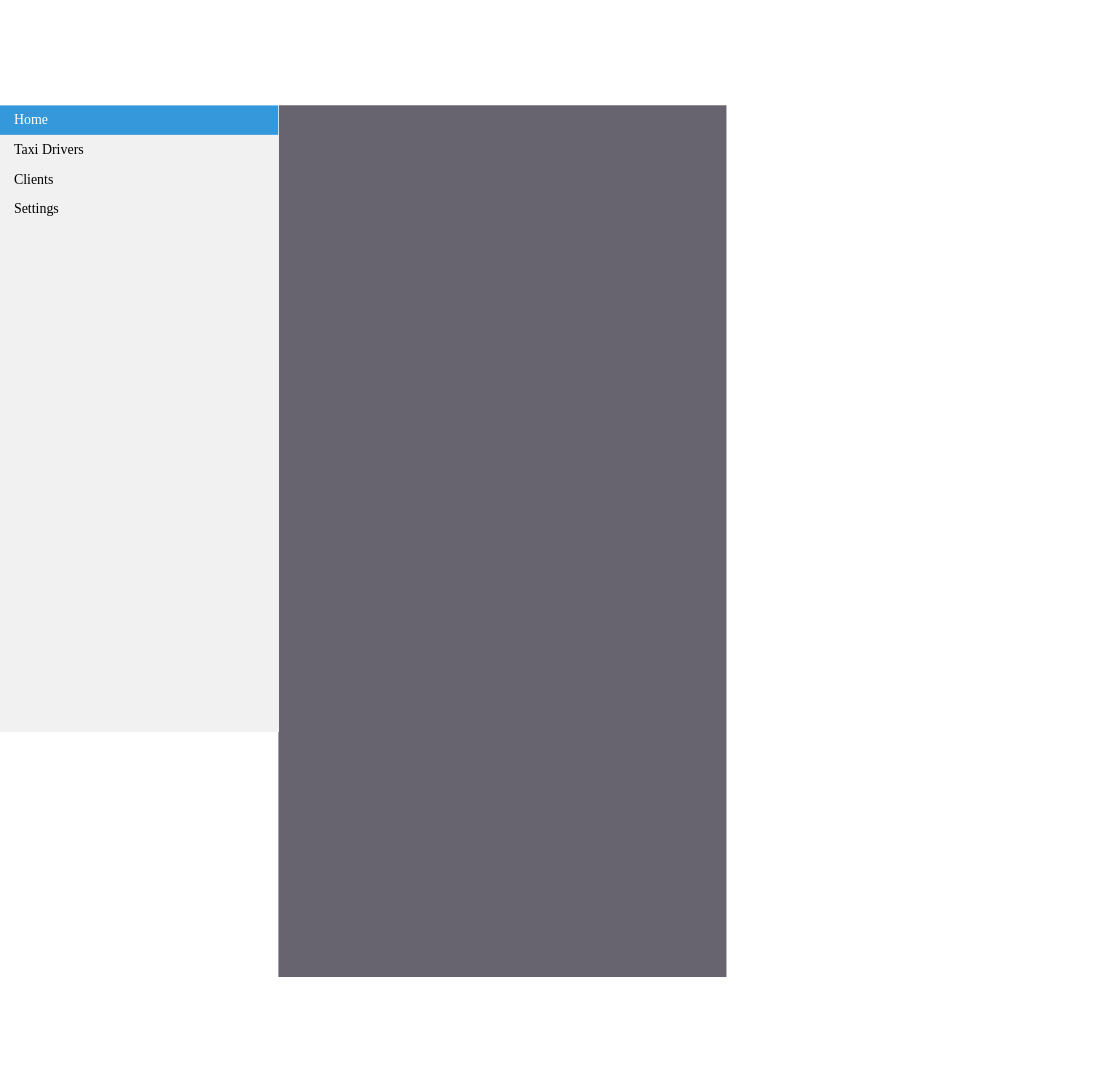
Repository: ash-the-reaper/TaxiRoot
Page: UI/WebContent/dashboard.html
An editor plug-in stored every save of this project. The page is shown before and after the next save, followed by the edit.
The browser window is 1280 px wide. The pictures show the whole page, at 87% of full size.

Above is the page before, as saved 2017-03-14 09:37:07.
Console error: ReferenceError: CONTEXT_PATH is not defined

### UI/WebContent/dashboard.html
<!DOCTYPE html>
<html>
<head lang="en">
	<meta charset="UTF-8">
	<meta http-equiv="pragma" content="no-cache">
	<meta http-equiv="cache-control" content="no-cache">

	<script src="js/angular.min.js"></script>
	<script src="js/jquery-3.1.1.min.js"></script>
	<script id="script" src="js/main.js"></script>
	<script id="script" src="js/dashboard.js"></script>


	<link rel="stylesheet" type="text/css" href="css/adminMenu.css">

	<title>Dashboard Form</title>


	 <style type="text/css">

        body > div
        {

            margin:121px 149px;

            width:483px;
            height:298px;

            background:#676470;
            color:#fff;

            font-family:Lato;
            font-weight:900;
            font-size:3.4em;

            text-align:center;
            line-height:298px;

            transition:all 0.3s ease;

        }

        .grow:hover
        {
            -webkit-transform: scale(1.3);
            -ms-transform: scale(1.3);
            transform: scale(1.3);
        }

    </style>

</head>

<body ng-app="ngApp" ng-controller="ngCtrl">

	<ul class="sidenav">
	  <li><a class="active"  id='home' ng-click="changeView('home')">Home</a></li>
	  <li><a id='taxi' ng-click="changeView('taxi')" >Taxi Drivers</a></li>
	  <li><a  id='clients' ng-click="changeView('clients')" >Clients</a></li>
	  <li><a  ng-click="changeView('setting')" >Settings</a></li>
	</ul>

	<div class="content" id ="content">

  	</div>


</body>


</html>

### UI/WebContent/js/dashboard.js
var checkLogin = CONTEXT_PATH+ "account/checkLogin";

var app = angular.module("ngApp", []);
app.controller("ngCtrl", function($scope,$http,$window) {
    $scope.changeView = function (val) {
    	if(val == 'home'){
    		$window.location.href = '/home.html';
    	}

    	else if(val == 'taxi'){
    		$window.location.href = '/taxiclients.html';
    	}

    	else if(val == 'clients'){
    		$window.location.href = '/taxiclients.html';
    	}
    }
});

### UI/WebContent/CSS/adminMenu.css
/*
	https://www.w3schools.com/css/tryit.asp?filename=trycss_navbar_vertical_responsive
*/

body {margin: 0;}

ul.sidenav {
    list-style-type: none;
    margin: 0;
    padding: 0;
    width: 25%;
    background-color: #f1f1f1;
    position: fixed;
    height: 100%;
    overflow: auto;
}

ul.sidenav li a {
    display: block;
    color: #000;
    padding: 8px 16px;
    text-decoration: none;
}

ul.sidenav li a.active {
    background-color: #3498DB;
    color: white;
}

ul.sidenav li a:hover:not(.active) {
    background-color: #555;
    color: white;
}

div.content {
    margin-left: 25%;
    padding: 1px 16px;
    height: 1000px;
}

@media screen and (max-width: 1050px){
    ul.sidenav {
        width:100%;
        height:auto;
        position:relative;
    }
    ul.sidenav li a {
        float: left;
        padding: 15px;
    }
    div.content {margin-left:0;}
}

@media screen and (max-width: 400px){
    ul.sidenav li a {
        text-align: center;
        float: none;
    }
}




/*
	css for dashboard
	http://www.webdesignerdepot.com/2014/05/8-simple-css3-transitions-that-will-wow-your-users/
*/

.border:hover
{
        box-shadow: inset 0 0 0 25px #53a7ea;
}

.grow:hover
{
        -webkit-transform: scale(1.3);
        -ms-transform: scale(1.3);
        transform: scale(1.3);
}

Loaded but not shown: UI/WebContent/js/angular.min.js (library); UI/WebContent/js/jquery-3.1.1.min.js (library); UI/WebContent/js/main.js (no copy from this time; the picture is the same without it)

After the next save:
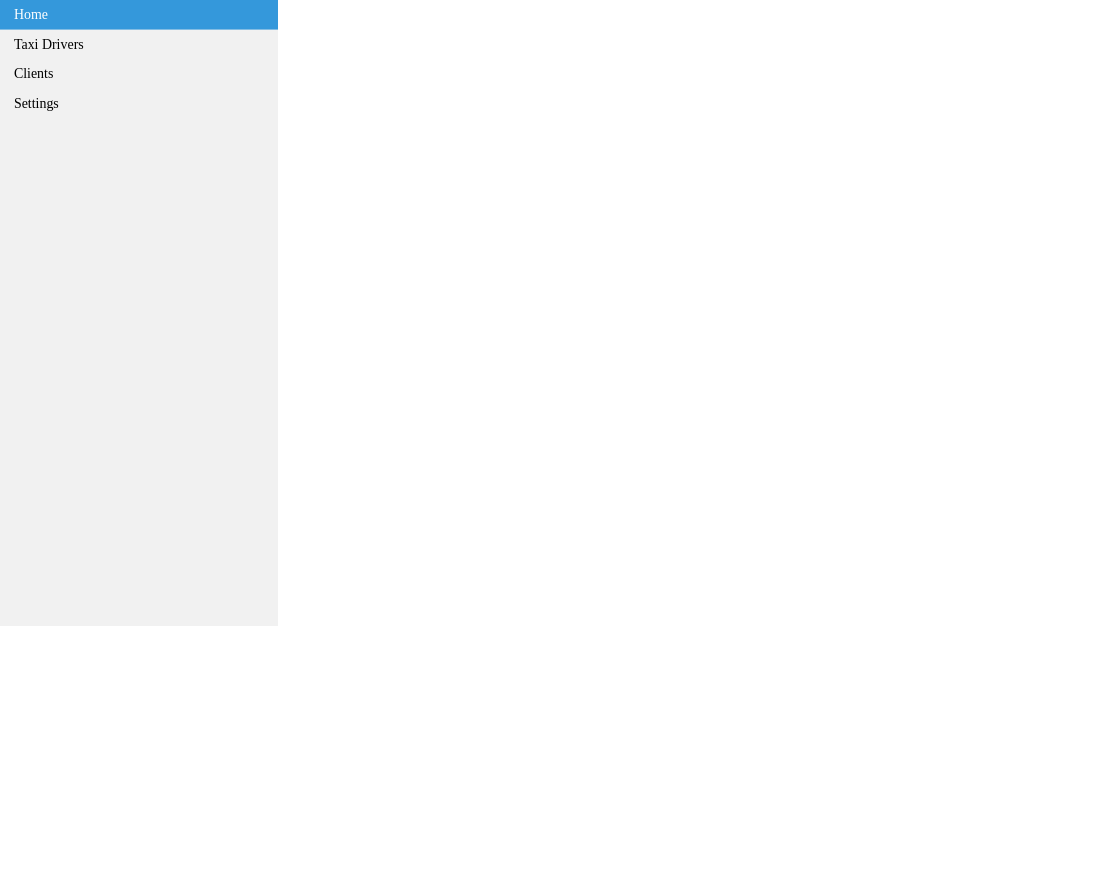
Saved 4 s later.
--- a/UI/WebContent/dashboard.html
+++ b/UI/WebContent/dashboard.html
@@ -14,40 +14,6 @@
 	<link rel="stylesheet" type="text/css" href="css/adminMenu.css">
 
 	<title>Dashboard Form</title>
-
-
-	 <style type="text/css">
-
-        body > div
-        {
-
-            margin:121px 149px;
-
-            width:483px;
-            height:298px;
-
-            background:#676470;
-            color:#fff;
-
-            font-family:Lato;
-            font-weight:900;
-            font-size:3.4em;
-
-            text-align:center;
-            line-height:298px;
-
-            transition:all 0.3s ease;
-
-        }
-
-        .grow:hover
-        {
-            -webkit-transform: scale(1.3);
-            -ms-transform: scale(1.3);
-            transform: scale(1.3);
-        }
-
-    </style>
 
 </head>
 
